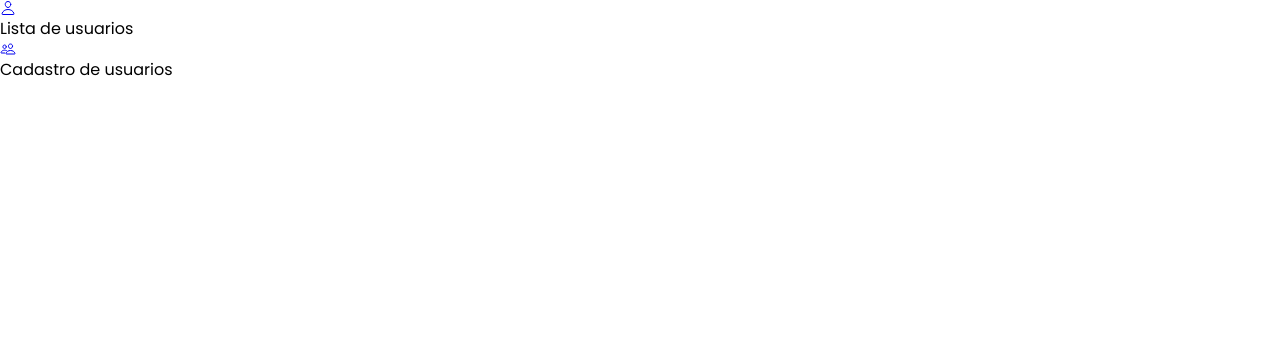
Repository: BeatrizFloriano96/myPagesSpeedLog
Page: html/usuarios.html
An editor plug-in stored every save of this project. The page is shown before and after the next save, followed by the edit.
The browser window is 1280 px wide. The pictures show the whole page.

Above is the page before, as saved 2022-01-29 12:58:07.

### html/usuarios.html
<link rel="stylesheet" href="../css/usuarios.css">

<body>







    <section>
        <!--início ícones principais-->

        <div id="grandeCaixa">

            <div class="caixinha">
                <a href="/perfil">
                    <ion-icon class="icon" name="person-outline"></ion-icon>
                </a>
                <p>Lista de usuarios</p>
            </div>

            <div class="caixinha">
                <a href="/usuarios">
                    <ion-icon class="icon" name="people-outline"></ion-icon>
                </a>
                <p>Cadastro de usuarios</p>
            </div>

        </div>


        <!--Final ícones principais-->

        <script type="module" src="https://unpkg.com/ionicons@5.5.2/dist/ionicons/ionicons.esm.js"></script>
        <script nomodule src="https://unpkg.com/ionicons@5.5.2/dist/ionicons/ionicons.js"></script>
    </section>




</body>

### css/usuarios.css
@import url('https://fonts.googleapis.com/css2?family=Poppins:wght@100;200;300;400;500;600;700&display=swap');
@import url('https://fonts.googleapis.com/css2?family=Patrick+Hand&display=swap');

*{
    padding: 0;
    margin: 0;
    box-sizing: border-box;
    border: none;
    font-family: 'Poppins'
}

After the next save:
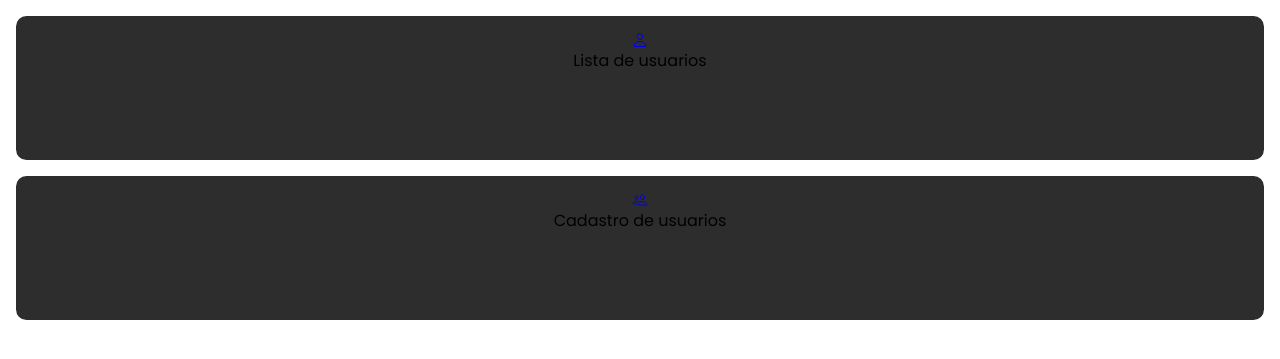
Saved 81 s later.
--- a/css/usuarios.css
+++ b/css/usuarios.css
@@ -8,3 +8,15 @@
     border: none;
     font-family: 'Poppins'
 }
+
+.caixinha{
+        background-color:#2d2d2d;
+        min-height: 20vh;
+        min-width: 20vh;
+        margin: 1rem;
+        padding: 1rem;
+        border-radius: 10.5px;
+        text-align: center;
+
+
+}
